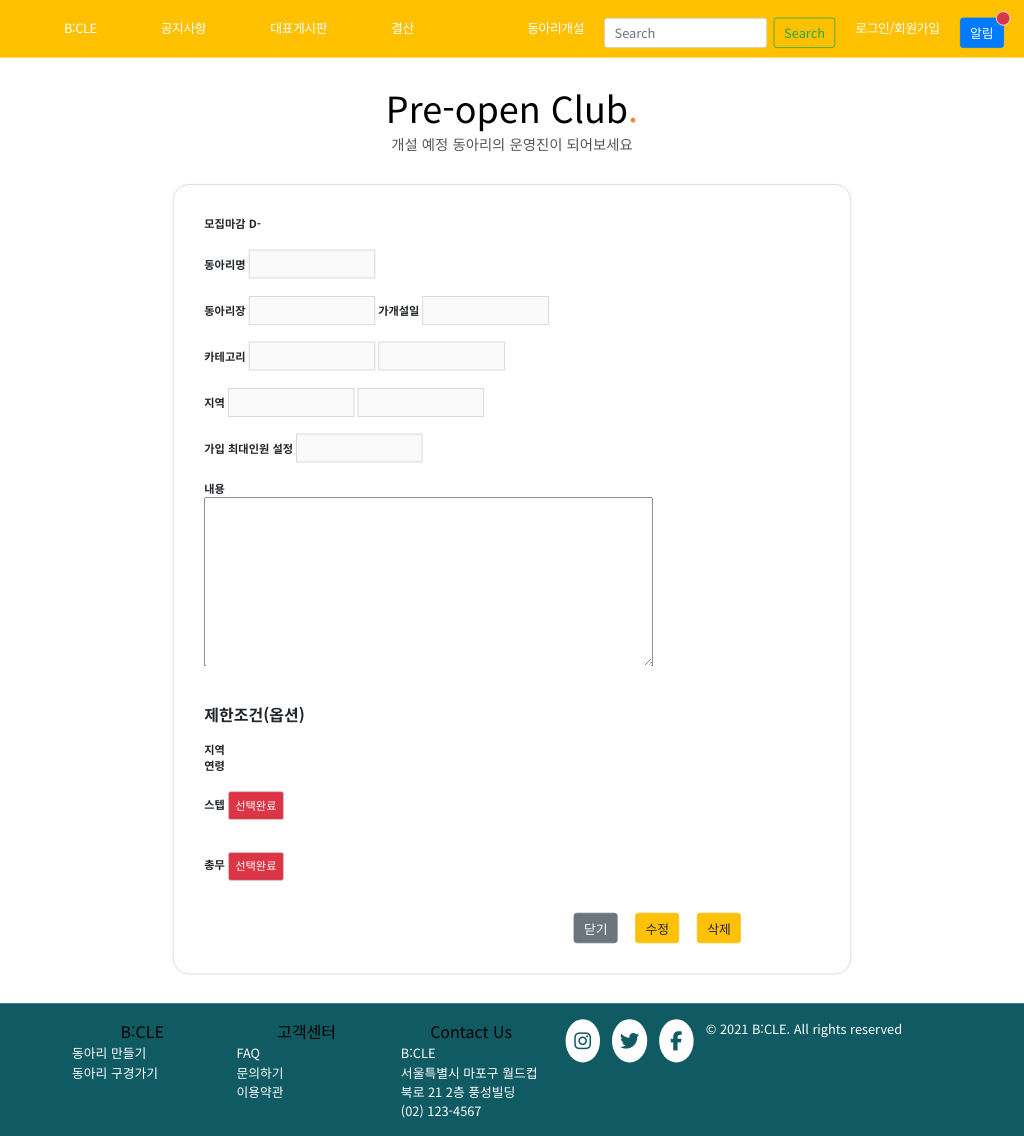
Repository: CHAEYUN7074/SpringProject
Page: http://localhost/viewpages/WEB-INF/view/ClubBeforeOpenedContents.jsp
These files come from the project's save history. The page is drawn as it stood at one moment and after the next save; the edit follows.
The browser window is 1280 px wide. The pictures show the whole page, at 80% of full size.
Some web fonts or font styles are not loaded; a fallback is used. Some web libraries are served in a nearby version. The page is served by Tomcat 9. Nobody is signed in. Other server files are loaded and not shown. The template is opened directly, without the code that normally fills it, so the values that code supplies are empty.

Above is the page before, as saved 2021-12-27 14:17:48.

### viewpages/WebContent/WEB-INF/view/ClubBeforeOpenedContents.jsp
<%@ page contentType="text/html; charset=UTF-8"%>
<%@ taglib prefix="c" uri="http://java.sun.com/jsp/jstl/core"%>
<%
   request.setCharacterEncoding("UTF-8");
String cp = request.getContextPath();
%>
<!DOCTYPE html>
<html>
<head>
<meta charset="UTF-8">
<title>ClubBeforeOpenedContents.jsp</title>
<link rel="stylesheet" href="css/mainpage.css">
<script type="text/javascript" src="http://code.jquery.com/jquery.min.js"></script>
<script type="text/javascript" src="<%=cp%>/js/jquery-ui.js"></script>
<script type="text/javascript" src="<%=cp%>/js/ajax.js"></script>

<!-- 부트스트랩 -->

<!-- <link rel="stylesheet" href="https://maxcdn.bootstrapcdn.com/bootstrap/3.4.1/css/bootstrap.min.css"> -->
<link href="https://cdn.jsdelivr.net/npm/bootstrap@5.1.3/dist/css/bootstrap.min.css" rel="stylesheet">
  <script src="https://cdn.jsdelivr.net/npm/bootstrap@5.1.3/dist/js/bootstrap.bundle.min.js"></script>
<script type="text/javascript" src="js/bootstrap.min.js"></script>
<style type="text/css">
@import
   url('https://fonts.googleapis.com/css?family=Exo+2|Noto+Sans+KR&display=swap')
   ;

.list-title{margin-top : 5vh;}
.profile {
   width: 100%;
   height: 100%;
   object-fit: cover;
}

.container {
   display: flex;
}

#staffModal {
   z-index: 9999;
}

#managerModal {
   z-index: 9999;
}

#contents {
   margin : 5vh 30vh 5vh 30vh;
   padding : 3%;
   border : 1px solid lightgray;
   border-radius : 20px;
   font-family: 'Noto Sans KR', sans-serif;
   font-weight:bold;
}

#contents input {  border : 1px solid lightgray;    height : 5vh; margin-right : 0vh; height : 5vh}
#contents p {margin-bottom : 3vh;}
.button_set {display : flex; margin-left : 60%;}
.button_set button {margin-right : 3vh;}


</style>

<script>
$(document).ready(function()
{
   //alert('${admin}');
   //alert(('${admin}' == ""));

   //스텝 지원하기 눌렀을 때
   $("#applyBtn1").click(function()
   {
      var cid = '${clubDetail.cid}';
      var mid = '${mid}';
      var position_id = 3; // 스태프 직위 번호는 3

      alert("스태프 지원 완료!");
      $(location).attr("href", "preclubjoininsert.action?cid="+cid+"&mid="+mid+"&position_id="+position_id);

    });

   //총무 지원하기 눌렀을 때
   $("#applyBtn2").click(function()
   {
      var cid = '${clubDetail.cid}';
      var mid = '${mid}';
      var position_id = 2; // 총무 직위 번호는 2

      alert("총무 지원 완료!");
      $(location).attr("href", "preclubjoininsert.action?cid="+cid+"&mid="+mid+"&position_id="+position_id);

    });

   //스텝 지원취소 눌렀을 때
   $("#cancleBtn1").click(function()
   {
      var cid = '${clubDetail.cid}';
      var mid = '${mid}';

      if(confirm("스태프 지원을 취소하겠습니까?"))
      {
         $(location).attr("href", "preclubjoindelete.action?cid="+cid+"&mid="+mid);
      }
    });

   //총무 지원취소 눌렀을 때
   $("#cancleBtn2").click(function()
   {
      var cid = '${clubDetail.cid}';
      var mid = '${mid}';

      if(confirm("총무 지원을 취소하겠습니까?"))
      {
         $(location).attr("href", "preclubjoindelete.action?cid="+cid+"&mid="+mid);
      }
    });


   $(function()
   {
      $("#updateBtn").click(function()
      {
         //alert($(this).val());
         $(location).attr("href", "preclubupdateform.action?cid=" + $(this).val());

      });

      $("#deleteBtn").click(function()
      {
         //alert($(this).val());
         if(confirm("현재 선택한 데이터를 정말 삭제하시겠습니까?"))
         {
            $(location).attr("href", "preclubdelete.action?cid=" + $(this).val());
         }
      });

   });

    //글 작성자에게만 수정 버튼이 보이도록한다.
      $(document).ready(function()
      {
         if ('${mid}' == '${clubDetail.mid}')

         {
            $("#updateBtn").css("display", "block");
         } else
         {
            $("#updateBtn").css("display", "none");
         }

      });

      //글 작성자에게만 삭제 버튼이 보이도록한다. ++ // 관리자
      $(document).ready(function()
      {

         if (('${mid}' == '${clubDetail.mid}') ||('${admin}' != ""))

         {
            $("#deleteBtn").css("display", "block");
         } else
         {
            $("#deleteBtn").css("display", "none");
         }

      });

      $(".updateBtn").click(function()
      {
         $('#managerModal').modal('show');
      });



});

</script>
</head>
<body>

   <!--
ClubBeforeOpenedContents.jsp
- 메인화면(로그인 전) 페이지 2 -⑤ 회원 모집 동아리 상세페이지(내용)
- 개절예정 동아리(스탭프 지원(동의)받는중)
 -->
   <div class="wrap">
      <!-- 네브 영역 -->
      <div>
         <c:import url="nav.jsp"></c:import>
      </div>


       <section class="list-title">
         <div class="title">
            <h2>Pre-open Club<span>.</span></h2>
            <p>개설 예정 동아리의 운영진이 되어보세요</p>
         </div>
      </section>

      <!-- 콘텐츠 영역 -->
      <div id="contents">
         <div>
            <p>모집마감 D- ${clubDetail.day} </p>
         </div>

         <div>
            <form action="">
               <div>
                  <p>   동아리명
                  <input type="text" id="title" name="title" value="${clubDetail.title }"  disabled="disabled">
                  </p>
                  <p>
                     동아리장
                     <input type="text" id="nickname" name="nickname" value="${clubDetail.nickname }" disabled="disabled">
                     가개설일
                     <input type="text" id="preopendate" name="preopendate" value="${clubDetail.preopendate}" disabled="disabled">
                  </p>
                  <p>
                     카테고리
                     <input type="text" id="l_cat" name="l_cat" value="${clubDetail.l_cat}" disabled="disabled">
                     <input type="text" id="s_cat" name="s_cat" value="${clubDetail.s_cat}" disabled="disabled">
                  </p>
                  <p>
                     지역
                     <input type="text"  value="${clubDetail.city}" disabled="disabled">
                     <input type="text" value="${clubDetail.local}" disabled="disabled">
                  </p>
                  <p>
                     가입 최대인원 설정
                     <input type="text" value="${clubDetail.max}" disabled="disabled">
                  </p>
                  <p>
                     내용<br>
                     <textarea rows="10" cols="70">
                     ${clubDetail.content}
                     </textarea>
                  </p>
					<br>
                  <div>
                     <h5>제한조건(옵션)</h5>
                     <br>
                     <div>
                     <!-- if로 받아온 지역제한 코드가 'X'면 없음으로 보이고
                     있으면 받아온 지역명으로 보이게-->
                        지역&nbsp;
                     <c:choose>
                        <c:when test="${clubDetail.limit_id eq 'X'}">
                           <input type="text" value="없음" disabled="disabled">
                           <input type="text" value="없음" disabled="disabled">
                        </c:when>
                     </c:choose>
                     <c:choose>
                        <c:when test="${clubDetail.limit_id eq 'O'}">
                           <input type="text" value="${clubDetail.city}" disabled="disabled">
                           <input type="text" value="${clubDetail.local}" disabled="disabled">
                        </c:when>
                     </c:choose>
                     </div>

                     <div>
                     <!-- if로 받아온 나이제한 코드가 'X'면 없음으로 보이고
                     있으면 받아온 최대나이와 최소나이로 보이게  -->
                        연령&nbsp;
                        <c:choose>
                           <c:when test="${clubDetail.agelimit_id eq 'X'}">
                              <input type="text" value="없음" disabled="disabled">
                              <input type="text" value="없음" disabled="disabled">
                           </c:when>
                        </c:choose>
                        <c:choose>
                           <c:when test="${clubDetail.agelimit_id eq 'O'}">
                              <input type="text" value="${clubDetail.min_age}"
                                 disabled="disabled"> ~
                              <input type="text" value="${clubDetail.max_age}"
                                 disabled="disabled">
                           </c:when>
                        </c:choose>
                     </div>

                     <!-- 우선 자기 동아리 인지 / 아닌지
                     자기 동아리면 지원하기가 아니고 선정하기 -->
                     <br>
                     <div>
                        스텝
                        <c:choose>
                           <c:when test="${clubDetail.mid eq mid and staffCnt eq 0}">
                              <button type="button" class="btn btn-success btn-sm"
                                 data-bs-toggle="modal" data-bs-target="#staffModal" id="choiceBtn1">
                                 선정하기</button>

                           </c:when>
                           <c:when test="${clubDetail.mid eq mid and staffCnt ne 0}">
                              <input type="button" class="btn btn-danger btn-sm" value="선택완료" readonly="readonly" >
                           </c:when>
                           <c:when test="${joinCheck eq -1}"> <!-- 가입신청이 안되어있으면 지원하기 보임 -->
                              <input type="button" value="지원하기" id="applyBtn1" >
                           </c:when>
                           <c:when test="${joinCheck eq 3}"> <!-- 이미 해당 포지션에 지원 했다면 지원취소 보임 -->
                              <input type="button" value="지원취소" id="cancleBtn1" >
                           </c:when>
                        </c:choose>
                     <!--
                        <div class="container"> 5개마다 그려줘야함
                           <div class="box" style="background: #BDBDBD;">
                              <img class="profile" src="">
                           </div>
                           <div class="box" style="background: #BDBDBD;">
                              <img class="profile" src="">
                           </div>
                           <div class="box" style="background: #BDBDBD;">
                              <img class="profile" src="">
                           </div>
                           <div class="box" style="background: #BDBDBD;">
                              <img class="profile" src="">
                           </div>
                           <div class="box" style="background: #BDBDBD;">
                              <img class="profile" src="">
                           </div>
                        </div> - -->

                        <!-- 선정하기를 완료하면 선정완료로 변경 -->
                        <div class="container">
                           <table>
                           <tr>
                              <c:forEach var="staff" items="${applyStaffList }" varStatus="status">
                                 <c:if test="${status.index%5==0 }">
                                    </tr><tr>
                                 </c:if>
                                 <td>
                                 <c:choose>
                                       <c:when test="${clubDetail.mid eq mid}"> <!-- 동아리 장이면 프로필 이동 가능 (a태그) -->
                                          <a href="memberprofile.action?mid=${staff.mid}"
                                          onclick="window.open(this.href, '회원 프로필' , 'width=900,height=600'); return false;">
                                          <img src="${staff.url }" class="rounded-circle" alt="Cinque Terre" width="100" height="100">
                                          <br> ${staff.nickname }
                                          </a>
                                       </c:when>
                                       <c:otherwise> <!-- 동아리 장 아니면 프로필 이동 불가, 사진과 닉네임만 보여짐 -->
                                          <img src="${staff.url }" class="rounded-circle" alt="Cinque Terre" width="100" height="100">
                                          <br> ${staff.nickname }
                                       </c:otherwise>
                                    </c:choose>
                                 </td>
                              </c:forEach>
                           </tr>

                           </table>
                        </div>
                     </div>

                     <div>
                        총무
                        <c:choose>
                           <c:when test="${clubDetail.mid eq mid and managerCnt eq 0}">
                              <button type="button" class="btn btn-success btn-sm"
                                 data-bs-toggle="modal" data-bs-target="#managerModal"
                                  id="choiceBtn2">
                                 선정하기</button>
                                 <%-- <c:import url="ChoiceModal.jsp"></c:import> --%>
                           </c:when>
                           <c:when test="${clubDetail.mid eq mid and managerCnt ne 0}">
                              <input type="button" class="btn btn-danger btn-sm" value="선택완료" readonly="readonly" >
                           </c:when>
                           <c:when test="${joinCheck eq -1}">
                              <input type="button" value="지원하기" id="applyBtn2" >
                           </c:when>
                           <c:when test="${joinCheck eq 2}">
                              <input type="button" value="지원취소" id="cancleBtn2" >
                           </c:when>
                        </c:choose>

                        <div class="container">
                           <table>
                           <tr>
                              <c:forEach var="manager" items="${applyManagerList }" varStatus="status">
                                 <c:if test="${status.index%5==0 }">
                                    </tr><tr>
                                 </c:if>
                                 <td>
                                    <c:choose>
                                       <c:when test="${clubDetail.mid eq mid}"> <!-- 동아리 장이면 프로필 이동 가능 (a태그) -->
                                          <a href="memberprofile.action?mid=${manager.mid}"
                                          onclick="window.open(this.href, '회원 프로필' , 'width=900,height=600'); return false;">
                                          <img src="${manager.url }" class="rounded-circle" alt="Cinque Terre" width="100" height="100">
                                          <br> ${manager.nickname }
                                          </a>
                                       </c:when>
                                       <c:otherwise>
                                          <img src="${manager.url }" class="rounded-circle" alt="Cinque Terre" width="100" height="100">
                                          <br> ${manager.nickname }
                                       </c:otherwise>
                                    </c:choose>

                                 </td>
                              </c:forEach>
                           </tr>

                           </table>
                        </div>
                     </div>

                  <div class ="button_set">

                        <button type="button" class="btn btn-secondary" id="closeBtn" onclick="location.href='clubprelistform.action'">닫기</button>
                        <button type="button" class="btn btn-warning" id="updateBtn" onclick="checkId()" value="${clubDetail.cid }" style="display: block">수정</button>
                        <button type="button" class="btn btn-warning" id="deleteBtn" onclick="checkId2()" value="${clubDetail.cid }">삭제</button>
                     </div>


               </div>
            </form>
         </div>
      </div>
       </div>

      <!-- 풋터영역 -->
      <div>
         <c:import url="footer.jsp"></c:import>
      </div>


<!-- ○ 스태프 선택 모달 -->
<!-- Modal : 처음에는 안보이게 설정이 되어 있다. -->
<!-- The Modal -->
<div class="modal fade" id="staffModal">  <!-- fade 천천히 나타나게 해주는 -->
  <div class="modal-dialog "> <!-- 뒤에 백그라운드 어두어지게 하는거 -->

    <!-- Modal content -->
    <form action="memberselect.action?cid=${clubDetail.cid }" method="post"> <!-- 폼태그로 넘기거나, 자바스크립트를 사용하거나  -->
    <div class="modal-content"> <!-- 모달의 전체적인 구성 -->

      <!-- Modal Header -->
      <div class="modal-header">
        <h5 class="modal-title">함께하기</h5>
        <button type="button" class="btn-close" data-bs-dismiss="modal"></button> <!-- X버튼을 클릭하면 모달이 닫힌다. -->
      </div>

      <!-- Modal body -->
      <div class="modal-body">
         <div class="row">
            <c:forEach var="staff" items="${applyStaffList }" varStatus="status">
               <c:if test="${status.index%3==0 }">
                  </div><div class="row">
               </c:if>
               <div class="col-lg-4">
                  <img src="${staff.url }" class="rounded-circle" alt="Cinque Terre" width="80" height="80">
                  <p>${staff.nickname }<p>
                  &nbsp;&nbsp;&nbsp;&nbsp;&nbsp;
                  <input type="radio" class="form-check-input" id="selectRadio" name="selectRadio" value="${staff.mid }">
                  <label class="form-check-label" for="selectRadio"></label>
               </div>
            </c:forEach>
            </div>
      </div>

      <!-- Modal footer -->
      <div class="modal-footer">
         <button type="submit" class="btn btn-success" data-bs-dismiss="modal">선택</button>
        <button type="button" class="btn btn-danger" data-bs-dismiss="modal">취소</button>
      </div>

    </div> <!-- end modal-content  -->
    </form>

  </div>
</div> <!-- staffModal end -->

 <!-- 총무 선택 모달 -->
<div class="modal fade" id="managerModal">  <!-- fade 천천히 나타나게 해주는 -->
  <div class="modal-dialog "> <!-- 뒤에 백그라운드 어두어지게 하는거 -->

    <!-- Modal content -->
    <form action="memberselect.action?cid=${clubDetail.cid }" method="post"> <!-- 폼태그로 넘기거나, 자바스크립트를 사용하거나  -->
    <div class="modal-content"> <!-- 모달의 전체적인 구성 -->

      <!-- Modal Header -->
      <div class="modal-header">
        <h5 class="modal-title">함께하기</h5>
        <button type="button" class="btn-close" data-bs-dismiss="modal"></button> <!-- X버튼을 클릭하면 모달이 닫힌다. -->
      </div>

      <!-- Modal body -->
      <div class="modal-body">
         <div class="row">
            <c:forEach var="manager" items="${applyManagerList }" varStatus="status">
               <c:if test="${status.index%3==0 }">
                  </div><div class="row">
               </c:if>
               <div class="col-lg-4">
                  <img src="${manager.url }" class="rounded-circle" alt="Cinque Terre" width="80" height="80">
                  <p>${manager.nickname }<p>
                  &nbsp;&nbsp;&nbsp;&nbsp;&nbsp;
                  <input type="radio" class="form-check-input" id="selectRadio" name="selectRadio" value="${manager.mid }">
                  <label class="form-check-label" for="selectRadio"></label>
               </div>
            </c:forEach>
            </div>
      </div>

      <!-- Modal footer -->
      <div class="modal-footer">
         <button type="submit" class="btn btn-success" data-bs-dismiss="modal">선택</button>
        <button type="button" class="btn btn-danger" data-bs-dismiss="modal">취소</button>
      </div>

    </div> <!-- end modal-content  -->
    </form>

  </div>
</div>

</body>
</html>

Loaded but not shown: viewpages/WebContent/js/jquery-ui.js (library); viewpages/WebContent/js/bootstrap.min.js (library); viewpages/WebContent/js/ajax.js (47 lines, source omitted); viewpages/WebContent/css/mainpage.css (112 lines, source omitted); viewpages/WebContent/WEB-INF/view/nav.jsp (266 lines, source omitted); viewpages/WebContent/WEB-INF/view/footer.jsp (213 lines, source omitted)

After the next save:
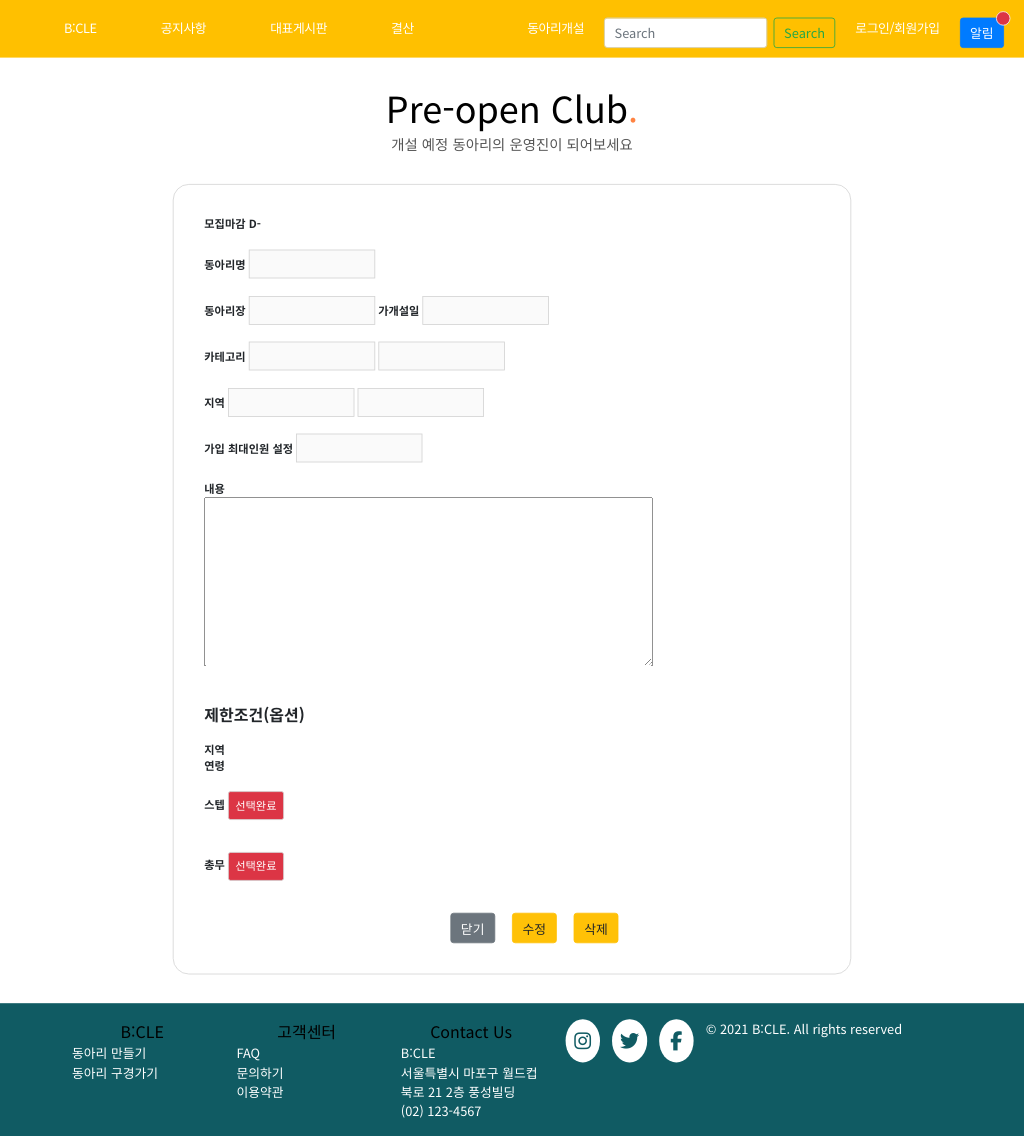
Saved 11 s later.
--- a/viewpages/WebContent/WEB-INF/view/ClubBeforeOpenedContents.jsp
+++ b/viewpages/WebContent/WEB-INF/view/ClubBeforeOpenedContents.jsp
@@ -55,7 +55,7 @@ String cp = request.getContextPath();
 
 #contents input {  border : 1px solid lightgray;    height : 5vh; margin-right : 0vh; height : 5vh}
 #contents p {margin-bottom : 3vh;}
-.button_set {display : flex; margin-left : 60%;}
+.button_set {display : flex; margin-left : 40%;}
 .button_set button {margin-right : 3vh;}
 
 
